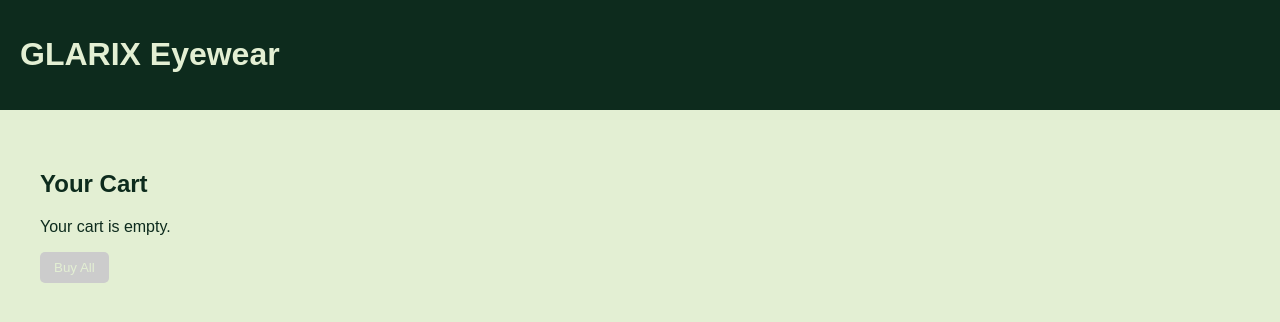
Repository: Tushal27/glarix-eyewear
Page: cart.html
These files come from the project's save history. The page is drawn as it stood at one moment and after the next save; the edit follows.
The browser window is 1280 px wide. The pictures show the whole page.

Above is the page before, as saved 2026-02-17 20:58:38.

### cart.html
<!DOCTYPE html>
<html lang="en">
<head>
  <meta charset="UTF-8">
  <meta name="viewport" content="width=device-width, initial-scale=1.0">
  <title>Your Cart — GLARIX</title>
  <link rel="stylesheet" href="css/style.css">
</head>

<body>

  <header class="header">
    <h1>GLARIX Eyewear</h1>
  </header>

  <main class="cart-container">

    <h2>Your Cart</h2>

    <div id="cart-items"></div>

    <button class="buy-btn" onclick="checkout()">Buy All</button>

  </main>

  <script src="js/data.js"></script>
  <script src="js/common.js"></script>
  <script src="js/cart.js"></script>

</body>
</html>

### css/style.css
body {
  font-family: Arial, sans-serif;
  margin: 0;
  background: #E3EFD3;
  color: #0D2B1D;
}

.header {
  display: flex;
  justify-content: space-between;
  align-items: center;
  background: #0D2B1D;
  color: #E3EFD3;
  padding: 15px 20px;
}

.header a {
  color: #AEC3B0;
  text-decoration: none;
  margin: 0 10px;
}

.header a:hover {
  color: white;
}

.cart {
  font-weight: bold;
}

.home {
  text-align: center;
  padding: 80px 20px;
}

.shop-btn {
  padding: 12px 26px;
  font-size: 16px;
  background: #345635;
  color: #E3EFD3;
  border: none;
  border-radius: 6px;
  cursor: pointer;
}

.shop-btn:hover {
  background: #6B8F71;
}

.Hero-name{
    text-shadow: 2px 2px 4px rgba(0,0,0,0.3);
    font-size: 48px;
    color: #345635;
    margin-bottom: 20px;
    text-align: center;
}
.product-grid {
  display: grid;
  grid-template-columns: repeat(4, 1fr);
  gap: 25px;
  padding: 30px;
}


.product-card {
  background: #AEC3B0;
  border-radius: 10px;
  padding: 15px;
  text-align: center;
  cursor: pointer;
  transition: transform 0.2s ease, box-shadow 0.2s ease;
}

.product-card:hover {
  transform: translateY(-5px);
  box-shadow: 0 8px 20px rgba(0,0,0,0.15);
}

.product-card img {
  width: 100%;
  height: 180px;
  object-fit: cover;
  border-radius: 8px;
}

.product-card h3 {
  margin: 10px 0 5px;
}

.product-card p {
  margin: 4px 0;
}
.rating {
  color: #DAA520;
  font-size: 18px;
  margin-top: 6px;
}

button {
  background: #345635;
  color: #E3EFD3;
  border: none;
  padding: 8px 14px;
  border-radius: 5px;
  cursor: pointer;
}

button:hover {
  background: #6B8F71;
}
.controls {
  display: flex;
  gap: 20px;
  padding: 20px;
}

.controls {
  display: flex;
  gap: 16px;
  padding: 20px;
}

.dropdown {
  position: relative;
}

.dropdown-selected {
  background: #E3EFD3;
  color: #0D2B1D;
  padding: 12px 18px;
  border-radius: 999px;
  font-weight: 500;
  border: 1px solid #AEC3B0;
  cursor: pointer;
  display: flex;
  align-items: center;
  justify-content: space-between;
  min-width: 180px;
  transition: all 0.2s ease;
}

.dropdown-selected:hover {
  background: #ffffff;
  border-color: #6B8F71;
  box-shadow: 0 4px 14px rgba(0,0,0,0.08);
}

.dropdown-options {
  position: absolute;
  top: 110%;
  left: 0;
  right: 0;
  background: #ffffff;
  border-radius: 12px;
  border: 1px solid #AEC3B0;
  box-shadow: 0 12px 30px rgba(0,0,0,0.15);
  display: none;
  overflow: hidden;
  z-index: 50;
}

.dropdown-options div {
  padding: 12px 16px;
  color: #0D2B1D;
  transition: background 0.15s ease;
}

.dropdown-options div:hover {
  background: #E3EFD3;
}

.dropdown-options {
  backdrop-filter: blur(8px);
}
.detail-container {
  padding: 60px 80px;
}

.detail-card {
  display: grid;
  grid-template-columns: 420px 1fr;
  gap: 60px;

  background: #ffffff;
  border-radius: 18px;
  padding: 40px;

  box-shadow: 0 20px 60px rgba(0,0,0,0.08);
}

.detail-card img {
  width: 100%;
  height: 320px;
  object-fit: contain;
  border-radius: 14px;
  background: #F6F8F5;
  padding: 20px;
}

.detail-info {
  display: flex;
  flex-direction: column;
  gap: 16px;
}

.detail-info h2 {
  font-size: 32px;
  margin: 0;
  color: #0D2B1D;
}



.detail-price {
  font-size: 24px;
  font-weight: 600;
  color: #345635;
}



.detail-rating {
  font-size: 18px;
  color: #DAA520;
}



.detail-category {
  font-size: 15px;
  color: #6B8F71;
}



.detail-buttons {
  margin-top: 25px;
  display: flex;
  gap: 16px;
}

.detail-buttons button {
  padding: 14px 28px;
  font-size: 16px;
  border-radius: 10px;
  border: none;
  cursor: pointer;
  transition: all 0.2s ease;
}



.detail-buttons button:first-child {
  background: #345635;
  color: #E3EFD3;
}

.detail-buttons button:first-child:hover {
  background: #0D2B1D;
}



.detail-buttons button:last-child {
  background: transparent;
  border: 2px solid #345635;
  color: #345635;
}

.detail-buttons button:last-child:hover {
  background: #345635;
  color: #E3EFD3;
}
.related-section {
  margin-top: 60px;
}

.carousel-container {
  overflow-x: auto;
  scroll-behavior: smooth;
  padding-bottom: 10px;
}

.carousel-track {
  display: flex;
  gap: 20px;
}

.carousel-container::-webkit-scrollbar {
  height: 8px;
}

.carousel-container::-webkit-scrollbar-thumb {
  background: #AEC3B0;
  border-radius: 10px;
}

/* Card */

.related-card {
  min-width: 220px;
  background: #ffffff;
  border-radius: 14px;
  padding: 14px;
  text-align: center;
  cursor: pointer;

  box-shadow: 0 8px 24px rgba(0,0,0,0.06);
  transition: transform 0.2s ease, box-shadow 0.2s ease;
}

.related-card:hover {
  transform: translateY(-6px);
  box-shadow: 0 16px 40px rgba(0,0,0,0.12);
}

.related-card img {
  width: 100%;
  height: 140px;
  object-fit: contain;
  margin-bottom: 10px;
}

.related-card h4 {
  margin: 8px 0;
  font-size: 16px;
}

.related-card p {
  margin: 0;
  font-weight: 600;
  color: #345635;
}
.order-success {
  text-align: center;
  padding: 100px 20px;
}
.cart {
  position: relative;
  cursor: pointer;
}
.cart-container {
  padding: 40px;
}

.cart-card {
  display: flex;
  align-items: center;
  gap: 20px;

  background: #ffffff;
  padding: 15px;
  border-radius: 12px;
  margin-bottom: 20px;

  box-shadow: 0 8px 24px rgba(0,0,0,0.06);
}

.cart-card img {
  width: 100px;
  height: 80px;
  object-fit: contain;
}


.cart-icon {
  font-size: 26px;
}

.cart-badge {
  position: absolute;
  top: -6px;
  right: -8px;

  background: #ff3b30;
  color: white;

  font-size: 12px;
  font-weight: bold;

  padding: 3px 7px;
  border-radius: 50%;

  min-width: 18px;
  text-align: center;
}
.buy-btn:disabled {
  background: #ccc;
  cursor: not-allowed;
}
.buy-btn:disabled:hover {
  background: #ccc;
  color: #666;
}
@media (max-width: 768px) {

  body {
    font-size: 15px;
  }

  .header {
    flex-direction: column;
    gap: 10px;
    text-align: center;
  }

  .controls {
    flex-direction: column;
    padding: 10px;
  }

  .product-grid {
    grid-template-columns: repeat(2, 1fr);
    padding: 15px;
    gap: 15px;
  }

  .detail-container {
    padding: 20px;
  }

  .detail-card {
    grid-template-columns: 1fr;
    gap: 25px;
    padding: 20px;
  }

  .detail-card img {
    height: 220px;
  }

  .detail-info h2 {
    font-size: 24px;
  }

  .detail-buttons {
    flex-direction: column;
  }

  .carousel-track {
    gap: 12px;
  }
  @media (max-width: 768px) {

  .detail-card {
    grid-template-columns: 1fr;
    padding: 20px;
  }

  .detail-card img {
    width: 100%;
    height: auto;
    max-height: 240px;
    object-fit: contain;
    padding: 0;
    margin: 0 auto;
    display: block;
  }
  @media (max-width: 768px) {

  .header {
    flex-direction: row;
    justify-content: space-between;
    align-items: center;
  }

  .header h1 {
    font-size: 18px;
    margin: 0;
  }

  .header nav {
    display: flex;
    gap: 14px;
  }

}


}


  .related-card {
    min-width: 160px;
  }

  .cart-container {
    padding: 20px;
  }

  .cart-card {
    flex-direction: column;
    align-items: flex-start;
  }

}
@media (max-width: 480px) {

  .product-grid {
    grid-template-columns: 1fr;
  }

  .header h1 {
    font-size: 18px;
  }

  .cart-icon {
    font-size: 22px;
  }

  .related-card {
    min-width: 140px;
  }

}

### js/data.js
const products = [
  {
    id: 1,
    name: "Classic Black Frame",
    price: 999,
    rating: 4.5,
    category: "Full Rim",
    type: "Computer Glasses",
    image: "images/spec1.png"
  },
  {
    id: 2,
    name: "Transparent Frame",
    price: 1299,
    rating: 4.2,
    category: "Full Rim",
    type: "Fashion",
    image: "images/spec2.png"
  },
  {
    id: 3,
    name: "Blue Light Blocker",
    price: 1499,
    rating: 4.8,
    category: "Half Rim",
    type: "Computer Glasses",
    image: "images/spec3.png"
  },
  {
    id: 4,
    name: "Gold Metal Frame",
    price: 1799,
    rating: 4.6,
    category: "Full Rim",
    type: "Premium",
    image: "images/spec4.png"
  },
  {
    id: 5,
    name: "Round Vintage Frame",
    price: 1199,
    rating: 4.1,
    category: " Half Rim",
    type: "Fashion",
    image: "images/spec5.png"
  },
  {
    id: 6,
    name: "Matte Grey Frame",
    price: 1399,
    rating: 4.3,
    category: "Half Rim",
    type: "Office",
    image: "images/spec6.png"
  },
  {
    id: 7,
    name: "Sports Wrap Frame",
    price: 1599,
    rating: 4.7,
    category: "Full Rim",
    type: "Sports",
    image: "images/spec7.png"
  },
  {
    id: 8,
    name: "Ultra Light Rimless",
    price: 1999,
    rating: 4.9,
    category: "Rimless",
    type: "Premium",
    image: "images/spec8.png"
  },
  {
  id: 9,
  name: "Slim Titanium Frame",
  price: 2199,
  rating: 4.7,
  category: "Rimless",
  type: "Premium",
  image: "images/spec9.png"
},
{
  id: 10,
  name: "Blue Transparent Frame",
  price: 1099,
  rating: 4.0,
  category: "Full Rim",
  type: "Fashion",
  image: "images/spec10.png"
},
{
  id: 11,
  name: "Anti-Glare Office Frame",
  price: 1499,
  rating: 4.4,
  category: "Half Rim",
  type: "Office",
  image: "images/spec11.png"
},
{
  id: 12,
  name: "Kids Flexible Frame",
  price: 899,
  rating: 4.2,
  category: "Full Rim",
  type: "Kids",
  image: "images/spec12.png"
},
{
  id: 13,
  name: "Square Black Metal Frame",
  price: 1699,
  rating: 4.6,
  category: "Half Rim",
  type: "Office",
  image: "images/spec13.png"
},
{
  id: 14,
  name: "Transparent Pink Frame",
  price: 999,
  rating: 3.9,
  category: "Full Rim",
  type: "Fashion",
  image: "images/spec14.png"
},
{
  id: 15,
  name: "Carbon Fiber Frame",
  price: 2499,
  rating: 4.8,
  category: "Full Rim",
  type: "Premium",
  image: "images/spec15.png"
},
{
  id: 16,
  name: "Retro Round Metal Frame",
  price: 1299,
  rating: 4.3,
  category: "Full Rim",
  type: "Fashion",
  image: "images/spec16.png"
},
{
  id: 17,
  name: "Ultra Thin Reading Glasses",
  price: 799,
  rating: 4.1,
  category: "Rimless",
  type: "Reading",
  image: "images/spec17.png"
},
{
  id: 18,
  name: "Sports Shield Frame",
  price: 1899,
  rating: 4.6,
  category: "Full Rim",
  type: "Sports",
  image: "images/spec18.png"
}

];

### js/common.js
function getCartCount() {
  const cart = JSON.parse(localStorage.getItem("cart")) || [];
  return cart.length;
}

function updateCartDisplay() {
  const el = document.getElementById("cart-count");
  if (el) el.textContent = getCartCount();
}

function addToCart() {
  let count = getCartCount();
  count++;
  localStorage.setItem("cartCount", count);
  updateCartDisplay();
}

document.addEventListener("DOMContentLoaded", updateCartDisplay);
function addToCart() {
  const id = Number(localStorage.getItem("selectedProduct"));

  let cart = JSON.parse(localStorage.getItem("cart")) || [];

  cart.push(id);

  localStorage.setItem("cart", JSON.stringify(cart));

  updateCartDisplay();
}
function goToCart() {
  window.location.href = "cart.html";
}
function updateCartDisplay() {
  const el = document.getElementById("cart-count");
  if (el) el.textContent = getCartCount();
}

### js/cart.js
const container = document.getElementById("cart-items");
const buyBtn = document.querySelector(".buy-btn");

const cart = JSON.parse(localStorage.getItem("cart")) || [];

if (cart.length === 0) {
  container.innerHTML = "<p>Your cart is empty.</p>";
  buyBtn.disabled = true;
} else {

  cart.forEach(id => {
    const product = products.find(p => p.id === id);

    const card = document.createElement("div");
    card.className = "cart-card";

    card.innerHTML = `
      <img src="${product.image}">
      <h3>${product.name}</h3>
      <p>₹${product.price}</p>
    `;

    container.appendChild(card);
  });

}

function checkout() {
    localStorage.removeItem("cart");
  window.location.href = "order.html";
}

After the next save:
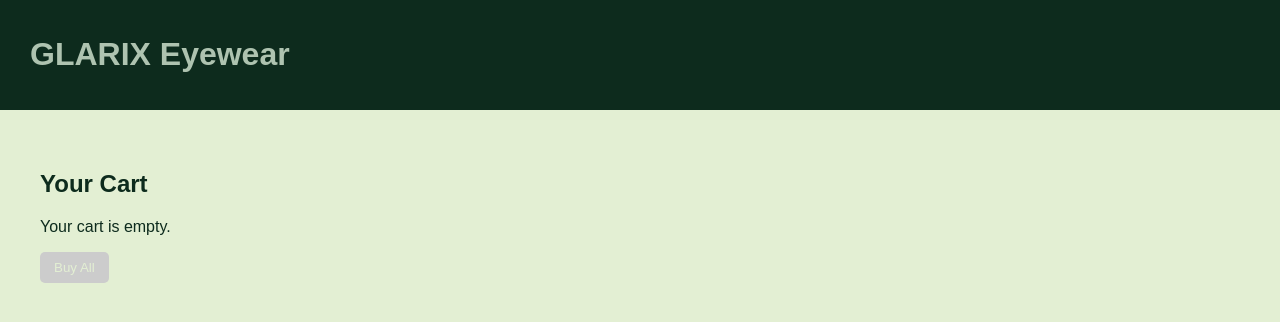
Saved 30 s later.
--- a/cart.html
+++ b/cart.html
@@ -10,7 +10,9 @@
 <body>
 
   <header class="header">
-    <h1>GLARIX Eyewear</h1>
+    <a href="index.html">
+        <h1>GLARIX Eyewear</h1>
+    </a>
   </header>
 
   <main class="cart-container">
